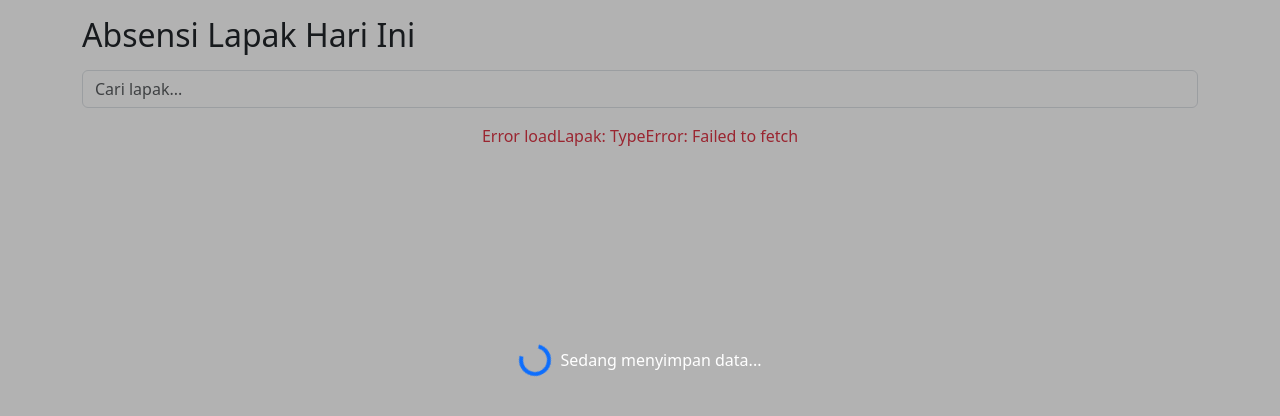
Repository: pasarrakyatbak/absensi
Page: index.html
The author's editor kept a copy of each file at every save. The page is drawn from the files as they stood at one save, then again after the next save.
The browser window is 1280 px wide. The pictures show the whole page.
The page's requests for data from a server got no answer.

Above is the page before, as saved 2025-09-22 00:25:46.

After the next save:
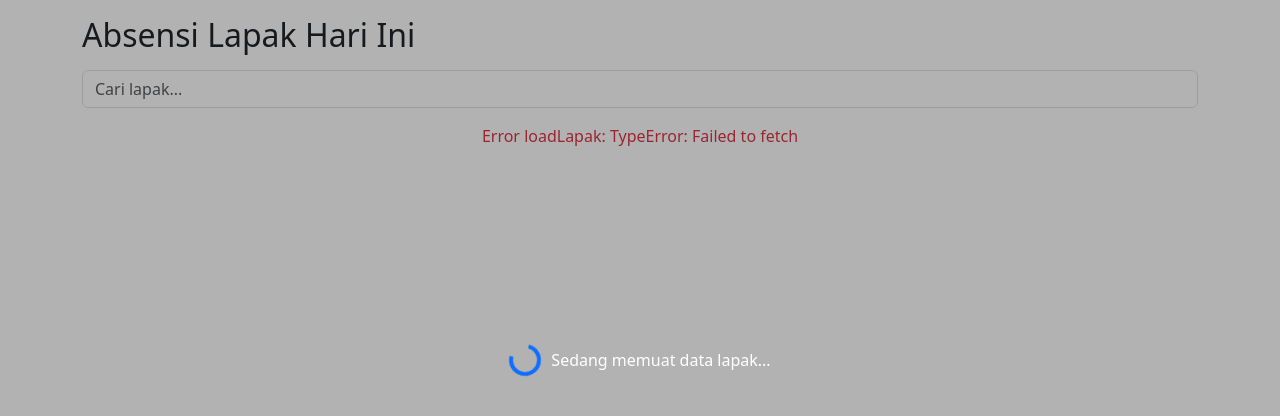
Saved 61 s later.
--- a/script.js
+++ b/script.js
@@ -7,6 +7,8 @@ const isSunday = new Date().getDay() === 0; // 0 = Minggu
 
 // Load semua lapak
 async function loadLapak() {
+    showAbsensiLoading(true, "Sedang memuat data lapak..."); // tampilkan loader
+
     try {
         const res = await fetch(API_URL + "?action=listLapak");
         const json = await res.json();
@@ -14,6 +16,7 @@ async function loadLapak() {
         if (!json.success) {
             console.error("Gagal load lapak:", json.message);
             document.getElementById("lapakContainer").innerHTML = `<p class="text-center text-danger">Gagal load data: ${json.message}</p>`;
+            showAbsensiLoading(false); // sembunyikan loader
             return;
         }
 
@@ -24,10 +27,12 @@ async function loadLapak() {
         }));
 
         renderLapak(lapakData);
+        showAbsensiLoading(false); // sembunyikan loader setelah render selesai
 
     } catch (err) {
         console.error("Error loadLapak:", err);
         document.getElementById("lapakContainer").innerHTML = `<p class="text-center text-danger">Error loadLapak: ${err}</p>`;
+        showAbsensiLoading(false); // sembunyikan loader
     }
 }
 
